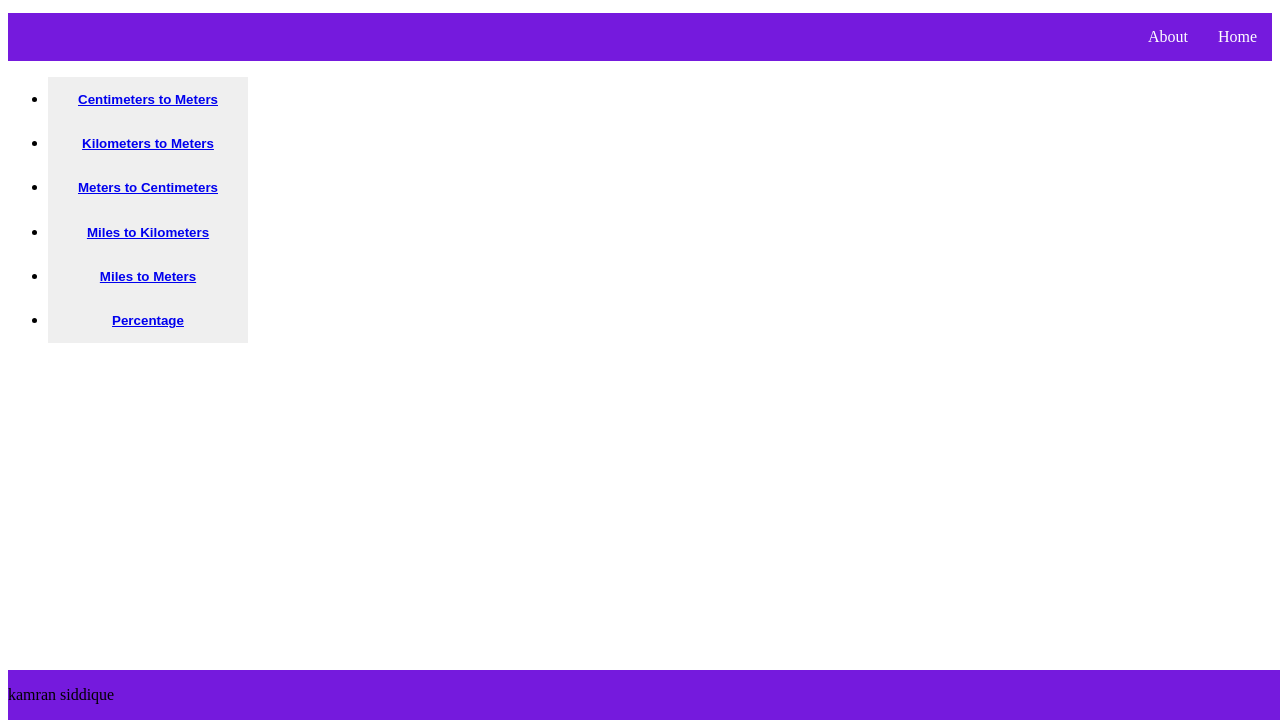
Repository: Kamrangujjar85112/Length-Converter
Page: html/home.html
An editor plug-in stored every save of this project. The page is shown before and after the next save, followed by the edit.
The browser window is 1280 px wide. The pictures show the whole page.

Above is the page before, as saved 2022-01-21 02:59:51.

### html/home.html
<!-- home -->
<!DOCTYPE html>
<html lang="en">
<head>
    <meta charset="UTF-8">
    <meta http-equiv="X-UA-Compatible" content="IE=edge">
    <meta name="viewport" content="width=device-width, initial-scale=1.0">
    <title>Home</title>
    <link rel="stylesheet" href="../css/style.css">

</head>
<body>
   <div class="header">
        <nav>
            <ul class="nav-ul">
                <li class="nav-li"><a href="#home">Home</a></li>
                <li class="nav-li"><a href="#about">About</a></li>
            </ul>
        </nav>
   </div>
   <div class="container">
       <ul>
           <li class="link">
               <button><a href="cm_km.html">Centimeters to Meters</a></button>
           </li>
           <li class="link">
               <button><a href="km_m.html">Kilometers to Meters</a></button>
           </li>
           <li class="link">
               <button><a href="m_cm.html">Meters to Centimeters</a></button>
           </li>
           <li class="link">
               <button><a href="mi_km.html">Miles to Kilometers</a></button>
           </li>
           <li class="link">
               <button><a href="mi_m.html">Miles to Meters</a></button>
           </li>
           <li class="link">
               <button><a href="percentage.html">Percentage</a></button>
           </li>
       </ul>
   </div>
   <div class="footer">
        <p>kamran siddique</p>
   </div>



</body>
</html>

### css/style.css
  body{
    padding-top: 5px;
    padding-bottom: 40px;
}
.header{
    top: 0;
    width: 100%;
    margin: 0;
    position: relative;

}
.nav-ul{
    list-style-type: none;
    margin: 0;
    padding: 0;
    overflow: hidden;
    background: rgb(117, 26, 221);
  }

  .nav-li {
    float: right;
    align-items: inherit;
  }

  .nav-li a {
    display: block;
    color: rgb(255, 255, 255);
    text-align:justify;
    padding: 15px 15px;
    text-decoration: none;
  }
  button {
	border: none;
	padding: 1.1em 1em;
	font-weight:bold;
	border-radius: 0px;
width:200px
}


  /* Change the link color to #111 (black) on hover */
  li a:hover {
    background-color: #CA7E6F;
  }
.footer{
    bottom: 0;
    width: 100%;
    margin: 0;
    padding: 0;
    position: fixed;
    overflow: hidden;
    background: rgb(117, 26, 221);
}
/* Some more styles to beutify this example */

After the next save:
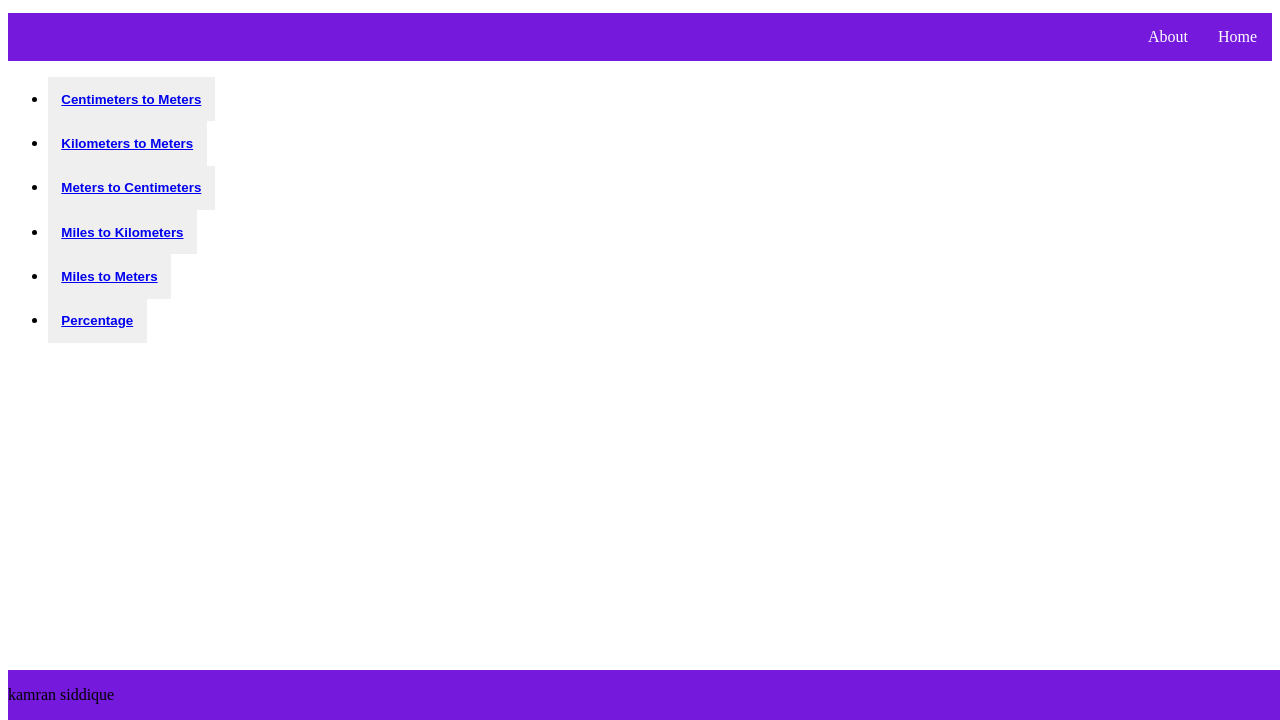
Saved 52 s later.
--- a/css/style.css
+++ b/css/style.css
@@ -34,7 +34,10 @@
 	padding: 1.1em 1em;
 	font-weight:bold;
 	border-radius: 0px;
-width:200px
+    width:200px
+    display: block;
+    text-align:justify;
+    text-decoration: none;
 }
 
 
